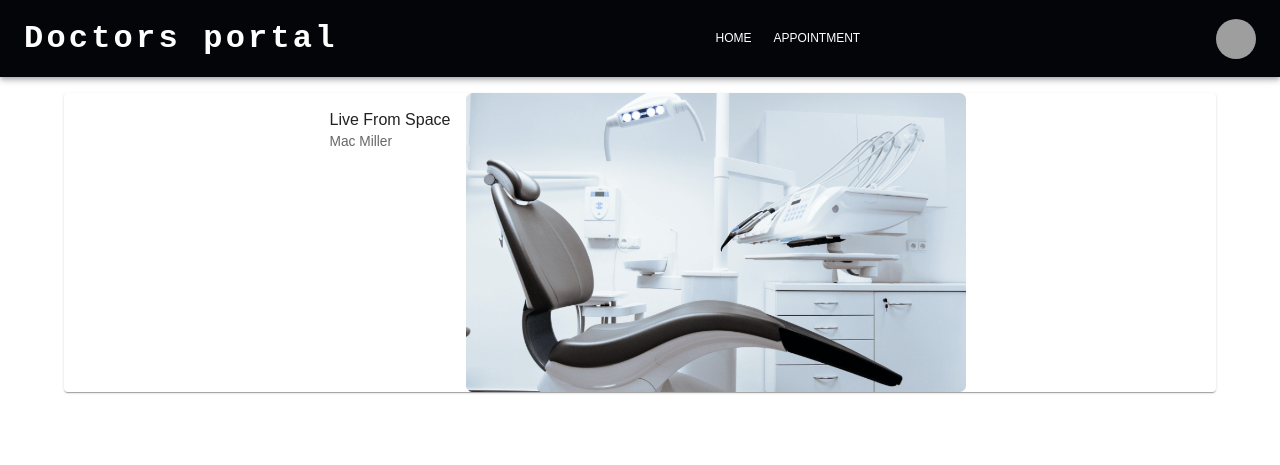
Repository: mdrubel02/health-care
Page: /
These files come from the project's save history. The page is drawn as it stood at one moment and after the next save; the edit follows.
The browser window is 1280 px wide. The pictures show the whole page.
Pictures or frames that could not be fetched are drawn as grey boxes. The project was rebuilt for these pictures with package versions that can differ from the ones it lists, and the page was loaded fresh each time. Also part of the build but not shown: src/Pages/Appointment/Appointment.js.

Above is the page before, as saved 2022-11-14 16:06:50.

### src/index.js
import React from 'react';
import ReactDOM from 'react-dom';
import './index.css';
import App from './App';
import reportWebVitals from './reportWebVitals';
import { ColorContextProvider } from './Theme/Theme';

ReactDOM.render(
  <React.StrictMode>
    <ColorContextProvider>
      <App />
    </ColorContextProvider>
  </React.StrictMode>,
  document.getElementById('root')
);

// If you want to start measuring performance in your app, pass a function
// to log results (for example: reportWebVitals(console.log))
// or send to an analytics endpoint. Learn more: https://bit.ly/CRA-vitals
reportWebVitals();

### src/App.js
import { RouterProvider } from 'react-router-dom';
import router from './Layout/router';

function App() {
  return (
    <div>
     <RouterProvider router={router}></RouterProvider>
    </div>
  );
}

export default App;

### src/Theme/Theme.js
import { createTheme, ThemeProvider } from "@mui/material";
import { createContext, useMemo, useState } from "react";

// color design tokens export
export const DrawerWidth = 250;
export const tokens = (mode) => ({
    ...(mode === "dark"
        ? {
            grey: {
                100: "#e0e0e0",
                200: "#c2c2c2",
                300: "#a3a3a3",
                400: "#858585",
                500: "#666666",
                600: "#525252",
                700: "#3d3d3d",
                800: "#292929",
                900: "#141414",
            },
            primary: {
                100: "#d0d1d5",
                200: "#a1a4ab",
                300: "#727681",
                400: "#1F2A40",
                500: "#141b2d",
                600: "#101624",
                700: "#0c101b",
                800: "#080b12",
                900: "#040509",
            },
            greenAccent: {
                100: "#dbf5ee",
                200: "#b7ebde",
                300: "#94e2cd",
                400: "#70d8bd",
                500: "#4cceac",
                600: "#3da58a",
                700: "#2e7c67",
                800: "#1e5245",
                900: "#0f2922",
            },
            redAccent: {
                100: "#f8dcdb",
                200: "#f1b9b7",
                300: "#e99592",
                400: "#e2726e",
                500: "#db4f4a",
                600: "#af3f3b",
                700: "#832f2c",
                800: "#58201e",
                900: "#2c100f",
            },
            blueAccent: {
                100: "#e1e2fe",
                200: "#c3c6fd",
                300: "#a4a9fc",
                400: "#868dfb",
                500: "#6870fa",
                600: "#535ac8",
                700: "#3e4396",
                800: "#2a2d64",
                900: "#151632",
            },
        }
        : {
            grey: {
                100: "#141414",
                200: "#292929",
                300: "#3d3d3d",
                400: "#525252",
                500: "#666666",
                600: "#858585",
                700: "#a3a3a3",
                800: "#c2c2c2",
                900: "#e0e0e0",
            },
            primary: {
                100: "#040509",
                200: "#080b12",
                300: "#0c101b",
                400: "#f2f0f0", // manually changed
                500: "#141b2d",
                600: "#1F2A40",
                700: "#727681",
                800: "#a1a4ab",
                900: "#d0d1d5",
            },
            greenAccent: {
                100: "#0f2922",
                200: "#1e5245",
                300: "#2e7c67",
                400: "#3da58a",
                500: "#4cceac",
                600: "#70d8bd",
                700: "#94e2cd",
                800: "#b7ebde",
                900: "#dbf5ee",
            },
            redAccent: {
                100: "#2c100f",
                200: "#58201e",
                300: "#832f2c",
                400: "#af3f3b",
                500: "#db4f4a",
                600: "#e2726e",
                700: "#e99592",
                800: "#f1b9b7",
                900: "#f8dcdb",
            },
            blueAccent: {
                100: "#151632",
                200: "#2a2d64",
                300: "#3e4396",
                400: "#535ac8",
                500: "#6870fa",
                600: "#868dfb",
                700: "#a4a9fc",
                800: "#c3c6fd",
                900: "#e1e2fe",
            },
        }),
});

// mui theme settings
export const themeSettings = (mode) => {
    const colors = tokens(mode);
    return {
        palette: {
            mode: mode,
            ...(mode === "dark"
                ? {
                    // palette values for dark mode
                    primary: {
                        main: colors.primary[500],
                    },
                    secondary: {
                        main: colors.greenAccent[500],
                    },
                    neutral: {
                        dark: colors.grey[700],
                        main: colors.grey[500],
                        light: colors.grey[100],
                    },
                    background: {
                        default: colors.primary[500],
                    },
                }
                : {
                    // palette values for light mode
                    primary: {
                        main: colors.primary[100],
                    },
                    secondary: {
                        main: colors.greenAccent[500],
                    },
                    neutral: {
                        dark: colors.grey[700],
                        main: colors.grey[500],
                        light: colors.grey[100],
                    },
                    background: {
                        default: "#fcfcfc",
                    },
                }),
        },
        components: {

            MuiButton: {
                defaultProps: {
                    disableRipple: true,
                    disableElevation: true,
                    styleOverrides: {
                        textDecoration: 'none',
                        "&:hover": {
                            color: "#fff"
                        }
                    },
                },
                MuiTooltip: {
                    defaultProps: {
                      arrow: true,
                    },
                    styleOverrides: {
                      tooltip: {
                        background: '',
                      },
                      arrow: {
                        color: '',
                      },
                    },
                  },
            },
            MuiDrawer: {
                styleOverrides: {
                  paper: {
                    width: DrawerWidth,
                    background: '',
                    color: '',
                    borderRadius: '0px 100px 0px 0px',
                    borderRight: `1px solid `
                  }
                }
              },
              MuiDivider: {
                styleOverrides: {
                  root: {
                    borderColor: 'gray'
                  }
                }
              },
        },
        typography: {
            fontFamily: ["Source Sans Pro", "sans-serif"].join(","),
            fontSize: 12,
            h1: {
                fontFamily: ["Source Sans Pro", "sans-serif"].join(","),
                fontSize: 40,
            },
            h2: {
                fontFamily: ["Source Sans Pro", "sans-serif"].join(","),
                fontSize: 32,
            },
            h3: {
                fontSize: '1.3rem',
                letterSpacing: '0rem',
                '@media (min-width:600px)': {
                  fontSize: '2rem',
                },
            },
            h4: {
                fontFamily: ["Source Sans Pro", "sans-serif"].join(","),
                fontSize: 20,
            },
            h5: {
                fontFamily: ["Source Sans Pro", "sans-serif"].join(","),
                fontSize: 16,
            },
            h6: {
                fontFamily: ["Source Sans Pro", "sans-serif"].join(","),
                fontSize: 14,
            },
        },
    };
};

export const ColorModeContext = createContext({
    toggleMode: () => { },
    mode: "light"
})


export const ColorContextProvider = ({ children }) => {
    const [mode, setMode] = useState("light")

    const colorMode = useMemo(() => ({
        toggleMode: () => setMode(prevMode => prevMode === "light" ? "dark" : "light"),
        mode
    }), [mode])
    const theme = useMemo(() => createTheme(themeSettings(mode)), [mode]);

    return (
        <ColorModeContext.Provider value={colorMode}>
            <ThemeProvider theme={theme}>
                {children}
            </ThemeProvider>
        </ColorModeContext.Provider>
    )
}

### src/Layout/router.js
import { createBrowserRouter } from "react-router-dom";
import Appointment from "../Pages/Appointment/Appointment";
import Home from "../Pages/Home/Home";
import Main from "./Main";


const router = createBrowserRouter([{
    path: '/',
    element: <Main/>,
    children: [
        {path: '/',element: <Home/>},
        {path: '/home',element: <Home/>},
        {path: '/appointment',element: <Appointment/>},
    ]
}])
export default router;

### src/Pages/Home/Home.js
import { Container } from '@mui/material';
import React from 'react';
import Banner from './Banner/Banner';

const Home = () => {
    return (
        <Container>
           <Banner />
        </Container>
    );
};

export default Home;

### src/Layout/Main.js
import React from 'react';
import { Outlet } from 'react-router-dom';
import Header from '../Pages/Header/Header';

const Main = () => {
    return (
        <div>
           <Header/>
           <Outlet/>

        </div>
    );
};

export default Main;

### src/Pages/Home/Banner/Banner.js
import React from 'react';
import { Box, Card, CardContent, CardMedia, Typography } from '@mui/material';
import chair from '../../../assets/images/chair.png'

const Banner = () => {
    return (
        <Box sx={{marginTop: '1rem'}}>
            <Card sx={{ display: 'flex', justifyContent: 'center'  }}>
                <Box sx={{ display: 'flex', flexDirection: 'column' }}>
                    <CardContent sx={{ flex: '1 0 auto' }}>
                        <Typography component="div" variant="h5">
                            Live From Space
                        </Typography>
                        <Typography variant="subtitle1" color="text.secondary" component="div">
                            Mac Miller
                        </Typography>
                    </CardContent>

                </Box>
                <CardMedia
                    component="img"
                    sx={{ width: 500 }}
                    image={chair}
                    alt="Live from space album cover"
                />
            </Card>
        </Box>
    );
};

export default Banner;

### src/Pages/Header/Header.js
import { AppBar, Avatar, Box, Button, Container, IconButton, Menu, MenuItem, Toolbar, Tooltip, Typography, useTheme } from '@mui/material';
import AdbIcon from '@mui/icons-material/Adb';
import MenuIcon from '@mui/icons-material/Menu';
import { Link as RouterLink } from 'react-router-dom';
import React, { useState } from 'react';
import { tokens } from '../../Theme/Theme';
// import { Link } from 'react-router-dom';
import './Header.css'


const settings = ['Profile', 'Account', 'Dashboard', 'Logout'];

const Header = () => {
    const theme = useTheme();
    const colors = tokens(theme.palette.mode);
    const [anchorElNav, setAnchorElNav] = useState(null);
    const [anchorElUser, setAnchorElUser] = useState(null);

    const items = <React.Fragment>
        <Button sx={{ color: 'white' }} component={RouterLink} to="/home">Home</Button>
        <Button sx={{ color: 'white' }} component={RouterLink} to="/appointment">Appointment</Button>
    </React.Fragment>

    const handleOpenNavMenu = (event) => {
        setAnchorElNav(event.currentTarget);
    };
    const handleOpenUserMenu = (event) => {
        setAnchorElUser(event.currentTarget);
    };

    const handleCloseNavMenu = () => {
        setAnchorElNav(null);
    };

    const handleCloseUserMenu = () => {
        setAnchorElUser(null);
    };
    return (
        <AppBar position="static">
            <Container maxWidth="xl">
                <Toolbar disableGutters>

                    <Typography
                        variant="h3"
                        noWrap
                        component="a"
                        href="/"
                        sx={{
                            mr: 2,
                            display: { xs: 'none', md: 'flex' },
                            fontFamily: 'monospace',
                            fontWeight: 700,
                            letterSpacing: '.2rem',
                            color: 'inherit',
                            textDecoration: 'none',
                        }}
                    >
                        Doctors portal
                    </Typography>

                    <Box className='middle' sx={{ flexGrow: 1, display: { xs: 'flex' ,  md: 'none' },justifyContent: 'center' }}>
                        <IconButton
                            size="large"
                            aria-label="account of current user"
                            aria-controls="menu-appbar"
                            aria-haspopup="true"
                            onClick={handleOpenNavMenu}
                            color="inherit"
                        >
                            <MenuIcon />
                        </IconButton>
                        <Menu
                            id="menu-appbar"
                            anchorEl={anchorElNav}
                            anchorOrigin={{
                                vertical: 'bottom',
                                horizontal: 'left',
                            }}
                            keepMounted
                            transformOrigin={{
                                vertical: 'top',
                                horizontal: 'left',
                            }}
                            open={Boolean(anchorElNav)}
                            onClose={handleCloseNavMenu}
                            sx={{
                                display: { xs: 'block', md: 'none' },
                            }}
                        >

                            <MenuItem onClick={handleCloseNavMenu}>
                                <Typography variant="h5" sx={{ color: 'withe' }} textAlign="center">{items}</Typography>
                            </MenuItem>

                        </Menu>
                    </Box>

                    <Typography
                        variant="h3"
                        noWrap
                        component="a"
                        href=""
                        sx={{
                            mr: 2,
                            display: { xs: 'flex', md: 'none' },
                            flexGrow: 1,
                            fontFamily: 'monospace',
                            fontWeight: 700,
                            letterSpacing: '.3rem',
                            color: 'inherit',
                            textDecoration: 'none',
                        }}
                    >
                        Doctors portal
                    </Typography>
                    <Box sx={{ flexGrow: 1, display: { xs: 'none', md: 'flex' } }}>

                        <Button

                            onClick={handleCloseNavMenu}
                            sx={{ color: `${colors.grey[400]} !important`, my: 2, display: 'block' }}
                        >
                            {items}
                        </Button>

                    </Box>

                    <Box sx={{ flexGrow: 0 }}>
                        <Tooltip title="Open settings">
                            <IconButton onClick={handleOpenUserMenu} sx={{ p: 0 }}>
                                <Avatar alt="Remy Sharp" src="/static/images/avatar/2.jpg" />
                            </IconButton>
                        </Tooltip>
                        <Menu
                            sx={{ mt: '45px' }}
                            id="menu-appbar"
                            anchorEl={anchorElUser}
                            anchorOrigin={{
                                vertical: 'top',
                                horizontal: 'right',
                            }}
                            keepMounted
                            transformOrigin={{
                                vertical: 'top',
                                horizontal: 'right',
                            }}
                            open={Boolean(anchorElUser)}
                            onClose={handleCloseUserMenu}
                        >
                            {settings.map((setting) => (
                                <MenuItem key={setting} onClick={handleCloseUserMenu}>
                                    <Typography textAlign="center">{setting}</Typography>
                                </MenuItem>
                            ))}
                        </Menu>
                    </Box>
                </Toolbar>
            </Container>
        </AppBar>
    );
};

export default Header;

### src/Pages/Header/Header.css
.lip{
    color: white;
}
.css-1t6c9ts{
    justify-content: center;
}

Loaded but not shown: public/index.html (common file); src/index.css (common file); src/reportWebVitals.js (common file)

After the next save:
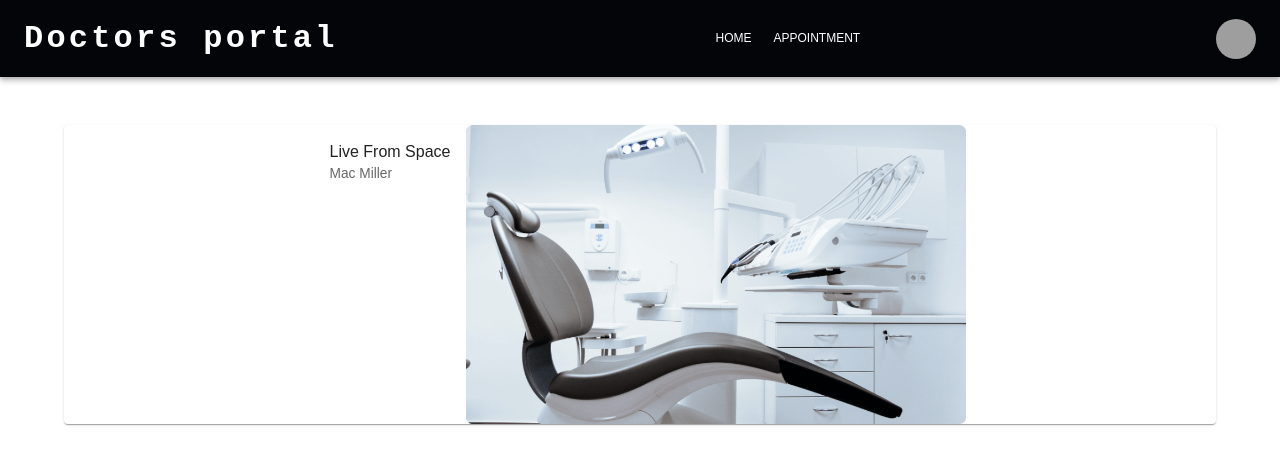
Saved 11 s later.
--- a/src/Pages/Home/Banner/Banner.js
+++ b/src/Pages/Home/Banner/Banner.js
@@ -4,7 +4,7 @@ import chair from '../../../assets/images/chair.png'
 
 const Banner = () => {
     return (
-        <Box sx={{marginTop: '1rem'}}>
+        <Box sx={{marginTop: '3rem'}}>
             <Card sx={{ display: 'flex', justifyContent: 'center'  }}>
                 <Box sx={{ display: 'flex', flexDirection: 'column' }}>
                     <CardContent sx={{ flex: '1 0 auto' }}>
